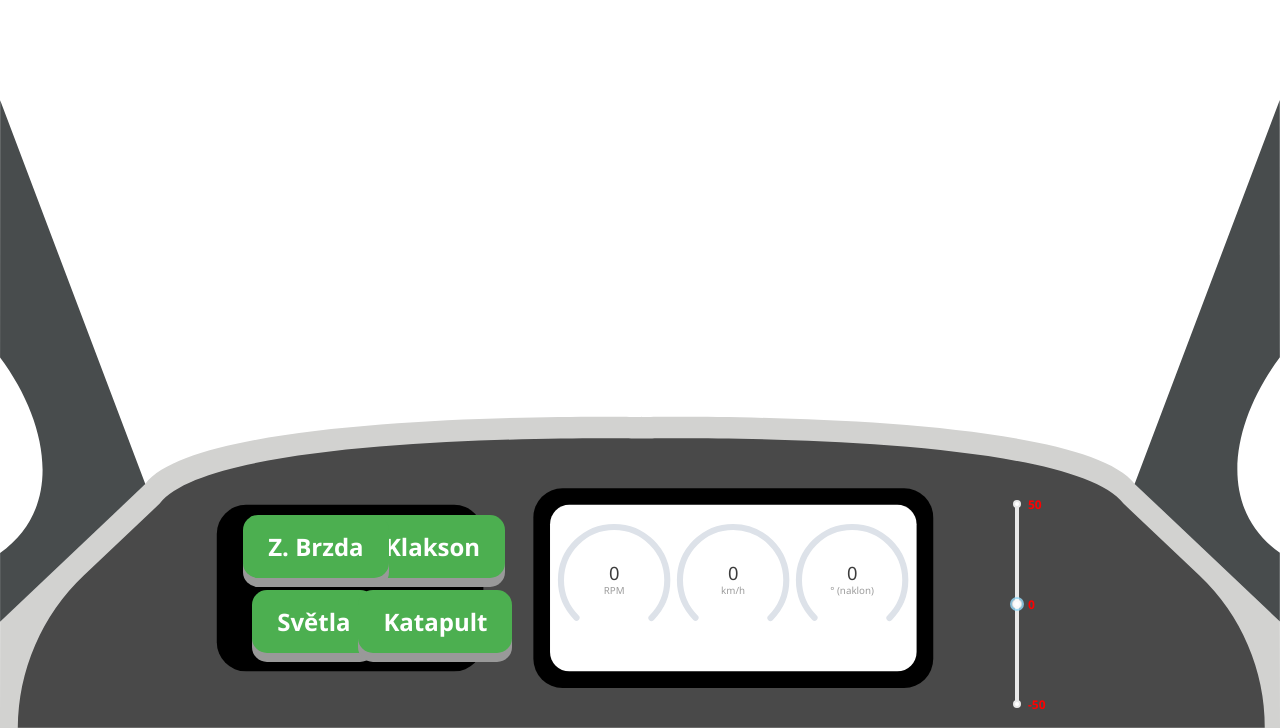
Repository: matyasvelc/train
Page: / (app in frontend/)
An editor plug-in stored every save of this project. The page is shown before and after the next save, followed by the edit.
The browser window is 1280 px wide. The page is 1288 px wide, so the pictures cover 1288 px, including what lies to the right of the window. The pictures show the whole page.
The page's requests for data from a server got no answer. The project was rebuilt for these pictures with package versions that can differ from the ones it lists, and the page was loaded fresh each time. No one was signed in, and anything a server would have sent is missing.

Above is the page before, as saved 2022-04-04 18:29:07.

After the next save:
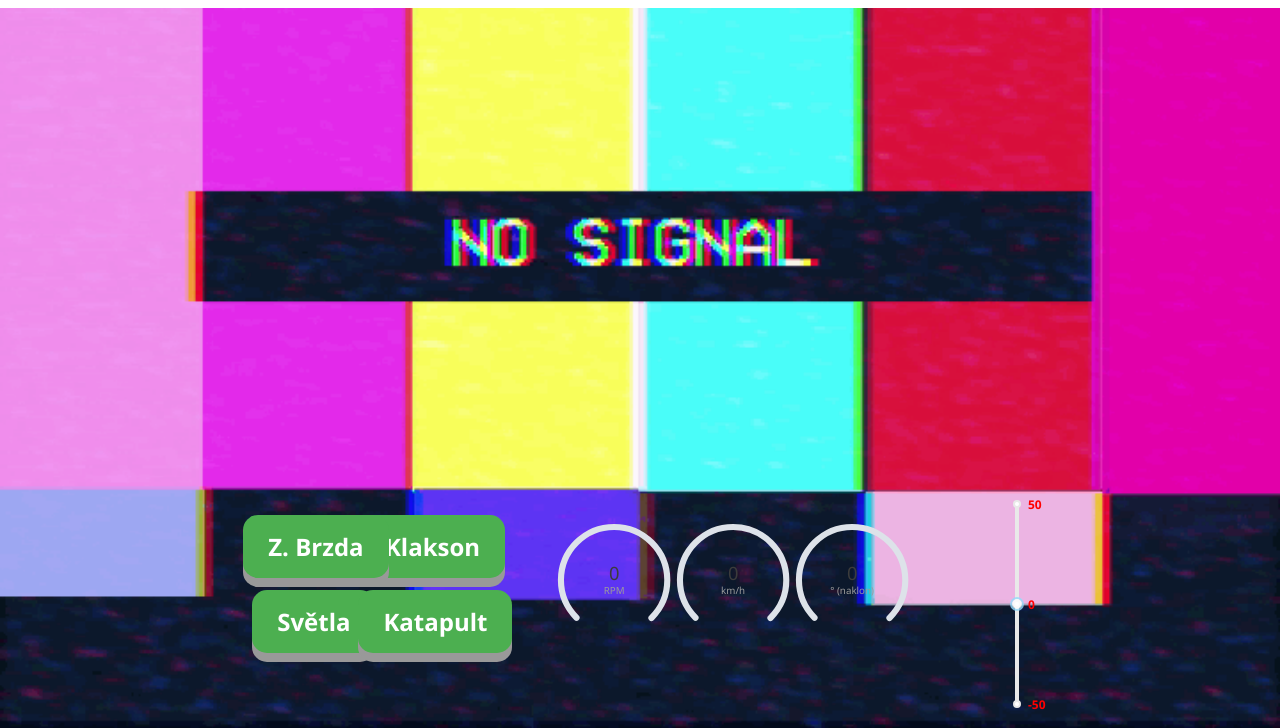
Saved 2 h 11 min later.
--- a/frontend/src/styles.css
+++ b/frontend/src/styles.css
@@ -15,6 +15,7 @@ body {
   height: 100%;
   left: 0;
   display: inline-block;
+  background-image: url(./nosignal.gif);
 }
 .vlak {
   background-image:url(./train.svg);
